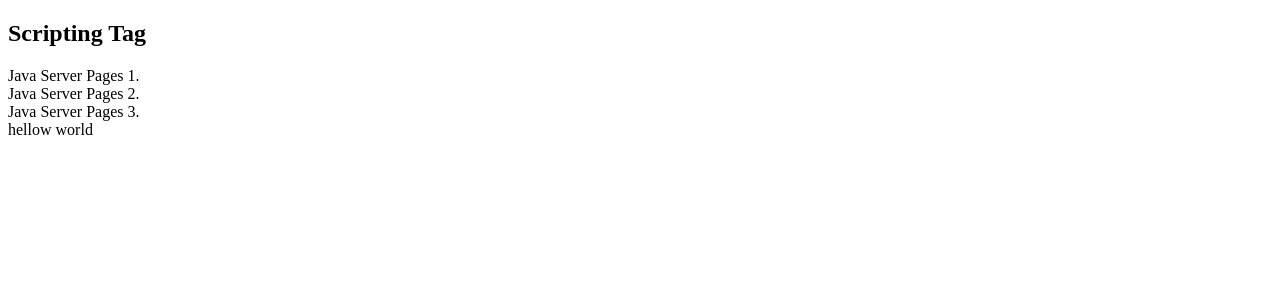
Repository: suinautant/learnCode
Page: http://localhost/JSPBook/ch02/scripting.jsp
These files come from the project's save history. The page is drawn as it stood at one moment and after the next save; the edit follows.
The browser window is 1280 px wide. The pictures show the whole page.
The page is served by Tomcat 9.

Above is the page before, as saved 2021-06-30 00:35:18.

After the next save:
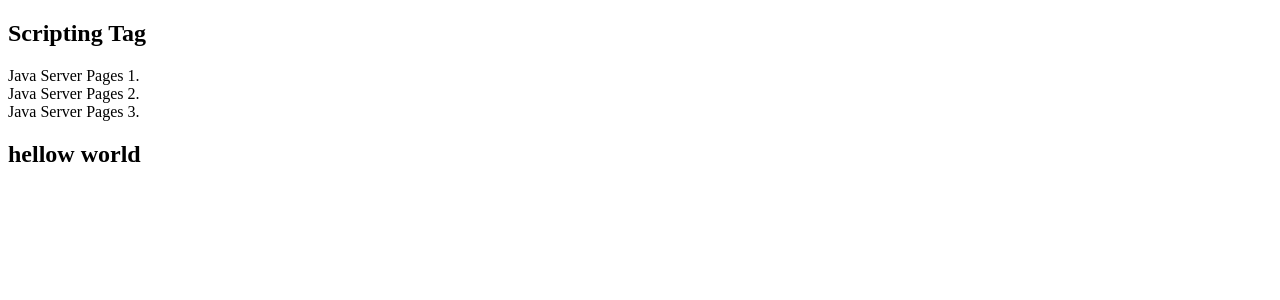
Saved 31 s later.
--- a/jsp/JSPBook/WebContent/ch02/scripting.jsp
+++ b/jsp/JSPBook/WebContent/ch02/scripting.jsp
@@ -21,7 +21,7 @@
 		out.println("Java Server Pages " + i + ".<br>");
 	}
 	%>
-	<%=makeItLower("Hellow World")%>
+	<%="<h2>"+makeItLower("Hellow World") + "</h2>"%>
 
 
 
